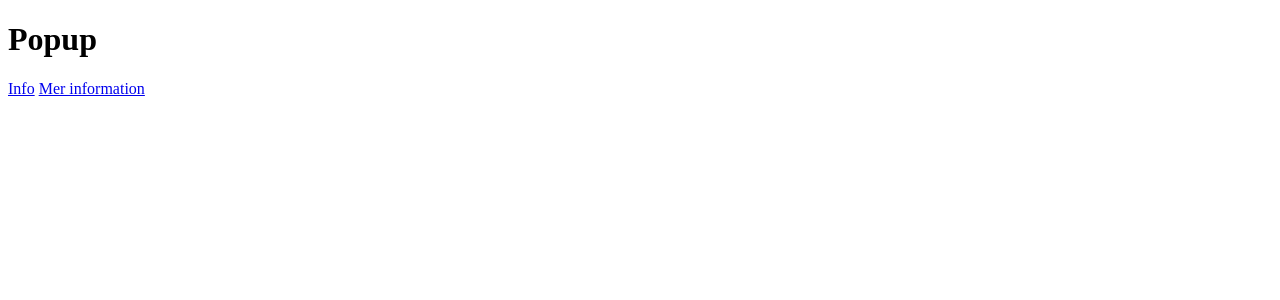
Repository: JuliaSivartsson/1dv403-jsigc09-laborationer
Page: TEST2/test.html
The author's editor kept a record of every edit. The page is drawn from the files as they stood at one moment, then again after the next edit.
The browser window is 1280 px wide. The pictures show the whole page.

Above is the page before.

### TEST2/test.html
<!doctype html>

<html>

    <head>
        <link rel="stylesheet" type="text/css" href="style.css" />
        <title>Popup</title>

    </head>
    <body>
        <h1>Popup</h1>

        <a href="popuptext.html" id="popuplink1">Info</a>
        <a href="popuptext.html" id="popuplink2">Mer information</a>
        <script type="text/javascript" src="popup.js"></script>
    </body>
</html>

### TEST2/style.css
.popupWindow{
    border: 2px solid #000;
    height: 50px;
    width: 200px;
    text-align: center;
    background-color: #eee;
}

### TEST2/popup.js
function Popup(text){

    var div = document.createElement("div");
    div.className = "popupWindow";
    document.body.appendChild(div);

    div.innerHTML = text;

    var button = document.createElement("input");
    button.type = "button";
    button.value = "CLOSE";
    button.onclick = function(){
        document.body.removeChild(div);
    }

    div.appendChild(button);


}

window.onload = function(){
    var link = document.getElementById("popuplink1");

    link.onclick = function(){
        new Popup("Pratar lite med Wilson");
        return false;
    };

    link = document.getElementById("popuplink2");

    link.onclick = function(){
        new Popup("Slog mig på tummen.");
        return false;
    };
}

After the next edit:
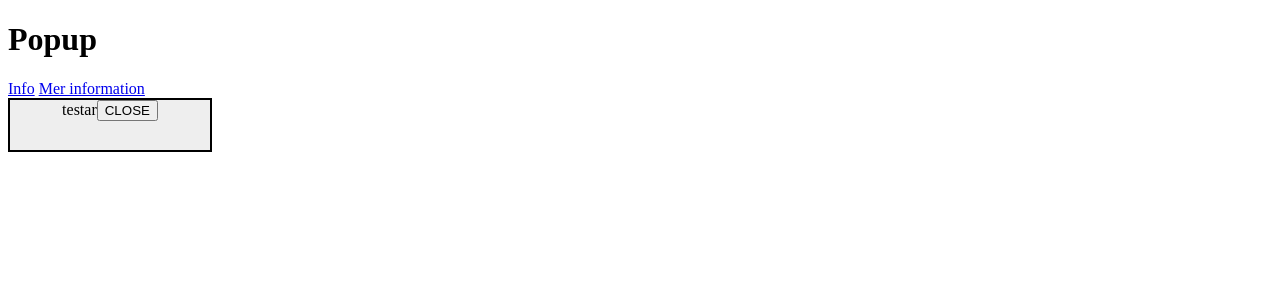
The edit:
--- a/TEST2/popup.js
+++ b/TEST2/popup.js
@@ -32,4 +32,6 @@
         new Popup("Slog mig på tummen.");
         return false;
     };
+
+    new Popup("testar");
 }
